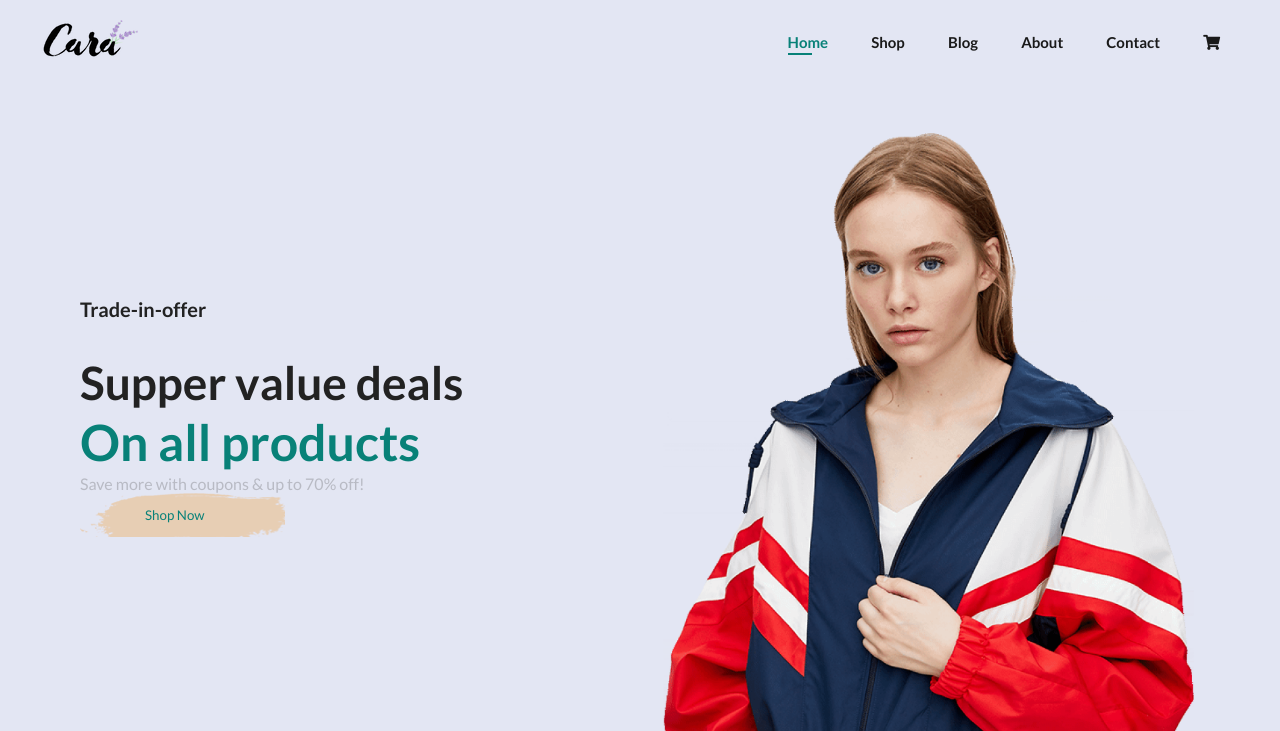
Repository: Nguyenductuan-dev/Website-Clothes
Page: index.html
These files come from the project's save history. The page is drawn as it stood at one moment and after the next save; the edit follows.
The browser window is 1280 px wide. The pictures show the whole page.

Above is the page before, as saved 2022-04-24 15:55:24.

After the next save:
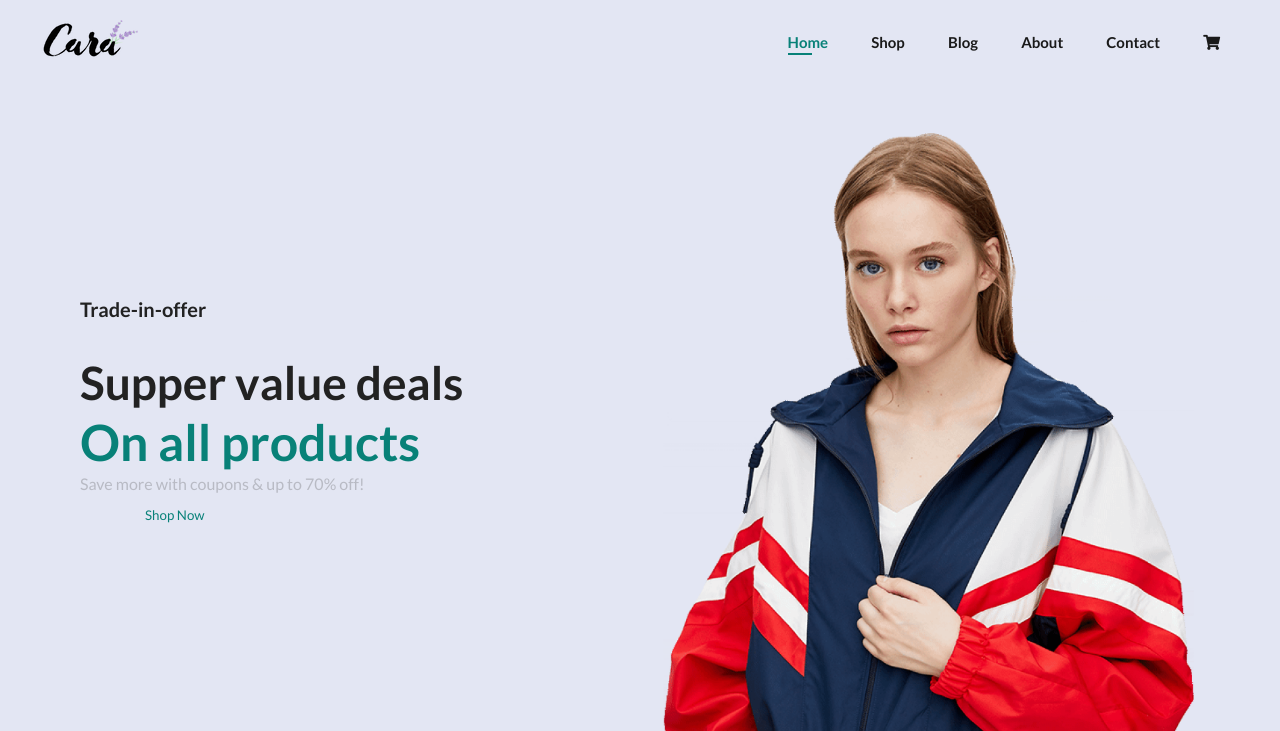
Saved 25 s later.
--- a/assets/css/style.css
+++ b/assets/css/style.css
@@ -101,7 +101,7 @@
     color: #088178;
 }
 .banner__container .banner__btn {
-    background-image: url('../images/button.png');
+    background-image: url('../images/button.png') no-repeat;
     background-color: transparent;
     color: #088178;
     border: none;

After the save that followed:
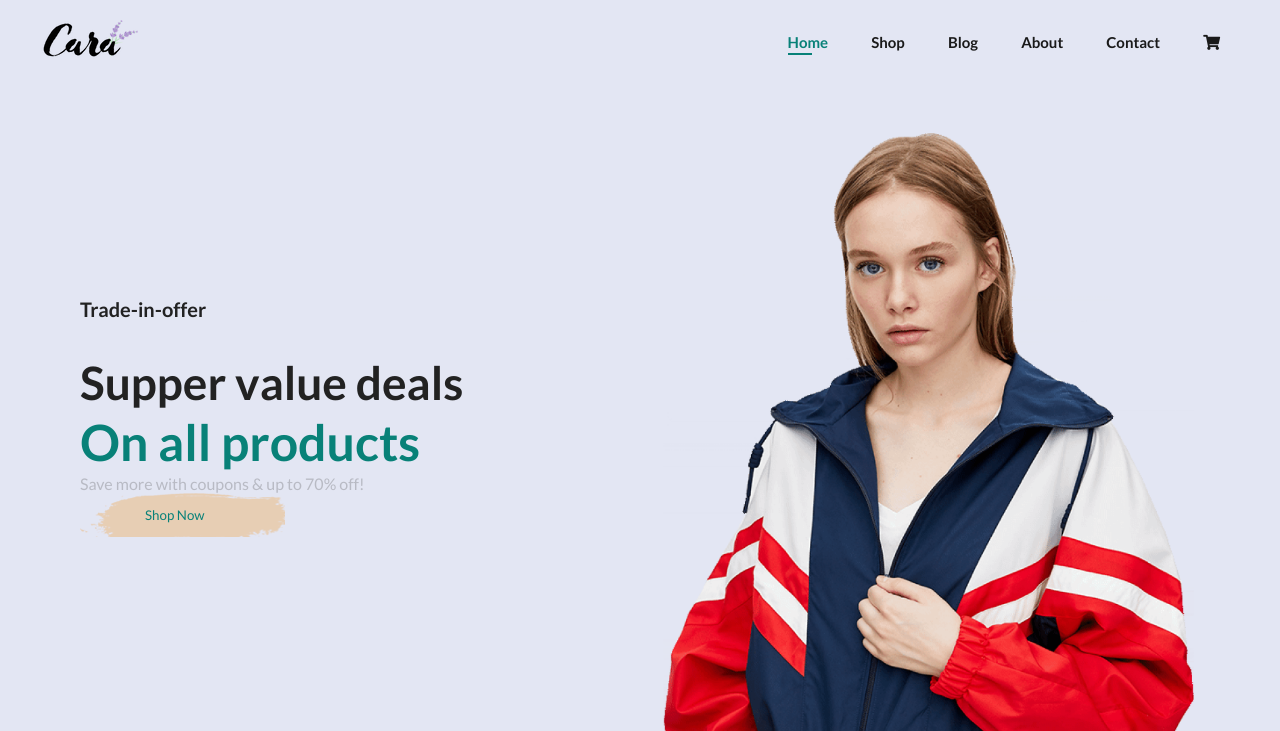
Saved 44 s later.
--- a/assets/css/style.css
+++ b/assets/css/style.css
@@ -101,7 +101,7 @@
     color: #088178;
 }
 .banner__container .banner__btn {
-    background-image: url('../images/button.png') no-repeat;
+    background-image: url('../images/button.png');
     background-color: transparent;
     color: #088178;
     border: none;
